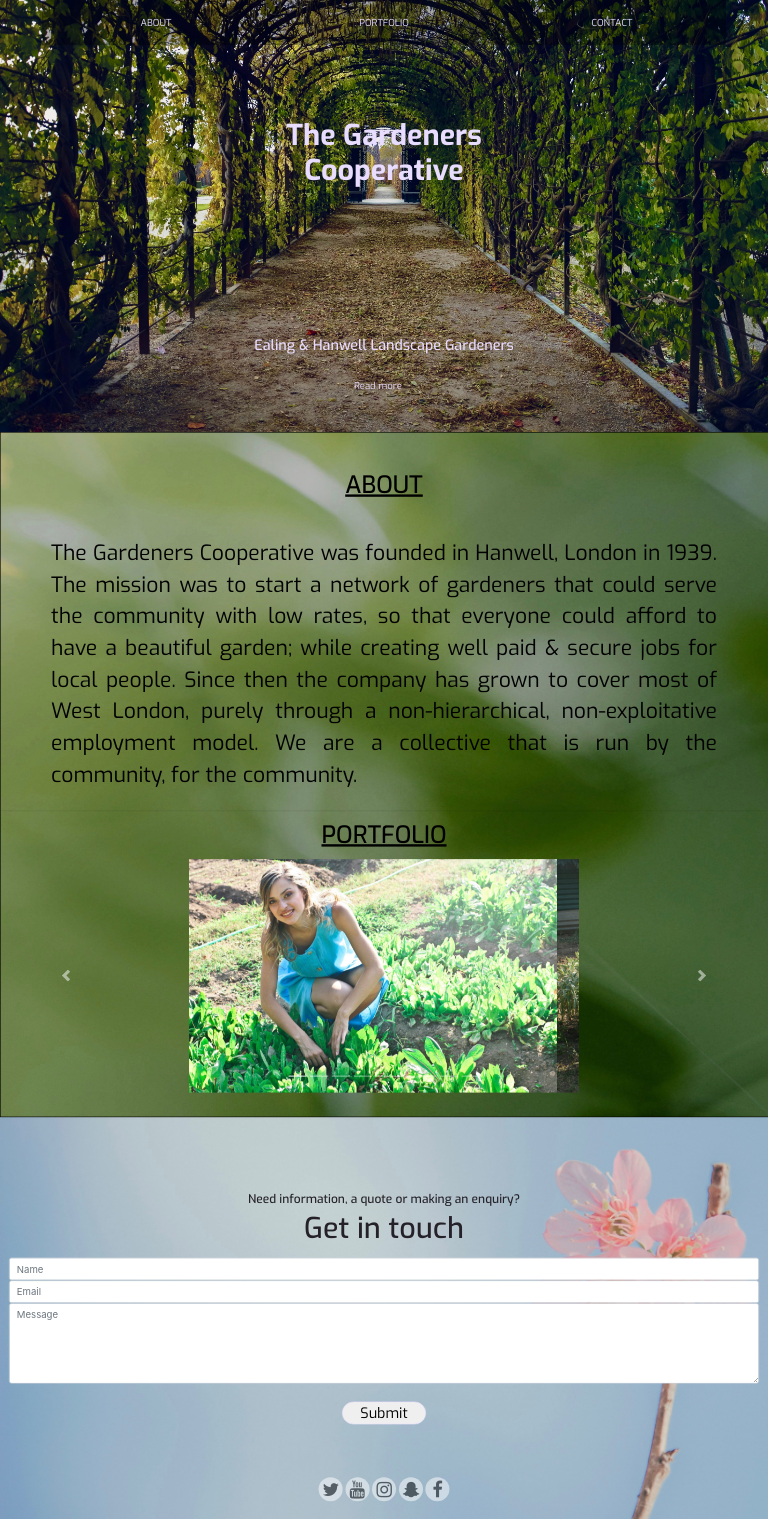
Repository: harrypars0ns/milestone-project
Page: index.html
The author's editor kept a record of every edit. The page is drawn from the files as they stood at one moment, then again after the next edit.
The browser window is 1280 px wide. The pictures show the whole page, at 60% of full size.
Backgrounds fixed to the window are drawn as part of the page.

Above is the page before.

### index.html
<!DOCTYPE html>
<html lang="en">

<head>
    <meta charset="UTF-8">
    <meta name="viewport" content="width=device-width, initial-scale=1.0">
    <meta http-equiv="X-UA-Compatible" content="ie=edge">
    <link rel="stylesheet" href="https://stackpath.bootstrapcdn.com/bootstrap/4.3.1/css/bootstrap.min.css" type="text/css" />
    <link rel="stylesheet" href="https://stackpath.bootstrapcdn.com/font-awesome/4.7.0/css/font-awesome.min.css" type="text/css" />
    <link rel="stylesheet" href="assets/css/style.css" type="text/css" />
    <title>Milestone</title>
</head>

<body>
    <!------------------------------------------------------NAV&LANDING>-->
    <div class="landing">
            <nav class='fixed-top container'>
                <div class="row">
                    <div class="col-4">
                        <a href="#about">ABOUT</a>
                    </div>
                    <div class="col-4">
                        <a href="#portfolio">PORTFOLIO</a>
                    </div>
                    <div class="col-4">
                        <a href="#contact">CONTACT</a>
                    </div>
                </div>
            </nav>


        <!-----------------------------------------TITLE---------------->



        <div id="landing" class="view">

            <div class="mask rgba-black-strong">

                <div class="container-fluid d-flex align-items-center justify-content-center h-100">

                    <div class="content row d-flex justify-content-center text-center">

                        <div class="col-md-10">

                            <h2 class="font-weight-bold pt-5 mb-2">The Gardeners Cooperative</h2>



                            <h4>Ealing & Hanwell Landscape Gardeners</h4>
                            <a class='no-underline' href="#about"><button type="button" class="btn btn-large btn-outline">Read more<i class="fas fa-book ml-2"></i></button></a>

                        </div>

                    </div>

                </div>

            </div>

        </div>
    </div>




    <!------------------------------------------------------------------ABOUT->-->



    <div class='about' id='about'>

        <div class="info text-center">
            <div class="">
                <h1>ABOUT</h1>
            </div>

            <div class="container">
                <div class="row">
                    <div class="col">
                        <p>The Gardeners Cooperative was founded in Hanwell, London in 1939. The mission was to start a network of gardeners that could serve the community with low rates, so that everyone could afford to have a beautiful garden; while creating
                            well paid & secure jobs for local people. Since then the company has grown to cover most of West London, purely through a non-hierarchical, non-exploitative employment model. We are a collective that is run by the community,
                            for the community.</p>
                    </div>

                </div>
            </div>

        </div>
        <hr>
        <!-------------------------------------------------------------------PORTFOLIO-->
        <div class="container-fluid portfolio" id='portfolio'>
            <div class="text-center">
                <h1>PORTFOLIO</h1>
            </div>
            <div class="portfolio">
                <div id="carouselExampleIndicators" class="carousel slide" data-ride="carousel">
                    <ol class="carousel-indicators">
                        <li data-target="#carouselExampleIndicators" data-slide-to="0" class="active"></li>
                        <li data-target="#carouselExampleIndicators" data-slide-to="1"></li>
                        <li data-target="#carouselExampleIndicators" data-slide-to="2"></li>
                        <li data-target="#carouselExampleIndicators" data-slide-to="3"></li>
                        <li data-target="#carouselExampleIndicators" data-slide-to="4"></li>
                        <li data-target="#carouselExampleIndicators" data-slide-to="5"></li>
                        <li data-target="#carouselExampleIndicators" data-slide-to="6"></li>
                        <li data-target="#carouselExampleIndicators" data-slide-to="7"></li>
                        <li data-target="#carouselExampleIndicators" data-slide-to="8"></li>

                    </ol>
                    <div class="carousel-inner">
                        <div class="carousel-item active">
                            <img class="d-block w-100 responsive" src="assets/images/lady.jpg" alt="First slide">
                        </div>
                        <div class="carousel-item">
                            <img class="d-block w-100 responsive" src="assets/images/lady2.jpg" alt="Second slide">
                        </div>
                        <div class="carousel-item">
                            <img class="d-block w-100 responsive" src="assets/images/flowers.jpg" alt="Third slide">
                        </div>
                        <div class="carousel-item">
                            <img class="d-block w-100 responsive" src="assets/images/lady4.jpg" alt="Fourth slide">
                        </div>
                        <div class="carousel-item">
                            <img class="d-block w-100 responsive" src="assets/images/bench.jpg" alt="Fifth slide">
                        </div>
                        <div class="carousel-item">
                            <img class="d-block w-100 responsive" src="assets/images/bloom.jpg" alt="Sixth slide">
                        </div>
                        <div class="carousel-item">
                            <img class="d-block w-100 responsive" src="assets/images/lady3.jpg" alt="Seventh slide">
                        </div>
                        <div class="carousel-item">
                            <img class="d-block w-100 responsive" src="assets/images/adult3.jpg" alt="Eighth slide">
                        </div>
                        <div class="carousel-item">
                            <img class="d-block w-100 responsive" src="assets/images/garden.jpg" alt="Nninth slide">
                        </div>
                    </div>
                    <a class="carousel-control-prev" href="#carouselExampleIndicators" role="button" data-slide="prev">
                        <span class="carousel-control-prev-icon" aria-hidden="true"></span>
                        <span class="sr-only">Previous</span>
                    </a>
                    <a class="carousel-control-next" href="#carouselExampleIndicators" role="button" data-slide="next">
                    <span class="carousel-control-next-icon" aria-hidden="true"></span>
                    <span class="sr-only">Next</span>
                    </a>
                </div>


            </div>


        </div>
    </div>

    <!-------------------------------------------------------------------CONTACT-->


    <div class='contact' id='contact'>

        <section class='container-fluid'>
            <div class="row form-page">
                <div class="col">
                    <div class="contact-info">
                        <h5 class='contact-heading question'>Need information, a quote or making an enquiry?</h4>
                            <h2 class='contact-heading'>Get in touch</h2>
                    </div>
                    <div class="form">
                        <form>
                            <input type="text" name="name" id "fullname" class='form-control' placeholder='Name' required/>
                            <input type="email" name="email" id "email" class='form-control' placeholder='Email' required/>
                            <textarea rows='5' name="message" id "message" class='form-control' placeholder='Message' required/></textarea>
                            <div class="submit">
                                <input id='submit' type="submit" value="Submit" />
                            </div>
                        </form>
                    </div>
                </div>
            </div>
        </section>


        <div class="footer" id='footer'>
            <div class="iconwrapper" <a href="#" class="fa fa-facebook">
                </a>
                <a href="#" class="fa inner fa-twitter"></a>
                <a href="#" class="fa inner fa-youtube"></a>
                <a href="#" class="fa inner fa-instagram"></a>
                <a href="#" class="fa inner fa-snapchat-ghost"></a>
                <a href="#" class="fa inner fa-facebook"></a>


            </div>

        </div>
    </div>








    <script src="https://code.jquery.com/jquery-3.3.1.slim.min.js" integrity="sha384-q8i/X+965DzO0rT7abK41JStQIAqVgRVzpbzo5smXKp4YfRvH+8abtTE1Pi6jizo" crossorigin="anonymous"></script>
    <script src="https://cdnjs.cloudflare.com/ajax/libs/popper.js/1.14.7/umd/popper.min.js" integrity="sha384-UO2eT0CpHqdSJQ6hJty5KVphtPhzWj9WO1clHTMGa3JDZwrnQq4sF86dIHNDz0W1" crossorigin="anonymous"></script>
    <script src="https://stackpath.bootstrapcdn.com/bootstrap/4.3.1/js/bootstrap.min.js" integrity="sha384-JjSmVgyd0p3pXB1rRibZUAYoIIy6OrQ6VrjIEaFf/nJGzIxFDsf4x0xIM+B07jRM" crossorigin="anonymous"></script>

</body>

</html>

### assets/css/style.css
@import url('https://fonts.googleapis.com/css?family=Roboto:100,100i,300,300i,400,400i,500,500i,700&display=swap');
@import url('https://fonts.googleapis.com/css?family=Exo:100,200,300,400,500,600,700&display=swap');



/*----------------------------------------- LANDING*/

.landing {
    background-image: url('../images/landing3.jpg');
    height: 100%;
    background-attachment: fixed;
    background-position: bottom;
    background-repeat: no-repeat;
    background-size: cover;
    border: 0px;
    z-index: 1;
    padding-bottom: 10%;
}


body {
    padding: 0;
    background: black;
}

html,
body,
header,
#intro {
    height: 100%;
    width: 100%;
    color: #e8dcff;


}



#intro {

    -webkit-background-size: cover;
    -moz-background-size: cover;
    -o-background-size: cover;
    background-size: cover;
    text-align: center;


}


.content {
    margin-top: 12%;
    font-family: 'Exo', sans-serif;


}

h2 {
    font-size: 3em;
}

h4 {
    padding-top: 50%;
}




.btn-outline {
    color: #e8dcff;
    margin-top: 5%;
}

.btn-outline:hover {
    color: rgba(112, 241, 146, 0.9);
}

/*section {*/

/*    text-align: center;*/

/*}*/

/*-------------------------------------------------------NAV*/


nav {
    color: #e8dcff;
    text-align: center;
    font-family: 'Exo', sans-serif;
    padding: 2%;
    margin: 0;
    background: rgba(0, 0, 0, 0.3);
    background-clip: padding-box;
    /*width: 100%;*/


}

nav a {
    color: #e8dcff;
    text-decoration: none;

}



nav a:hover {
    color: #e8dcff;
    right: 0;
    text-decoration: none;
}

nav a:hover:after {
    border-color: #e8dcff;
    right: 0;
}

nav a:after {
    border-radius: 1em;
    border-top: .1em solid #e8dcff;
    content: "";
    position: absolute;
    right: 100%;
    bottom: .14em;
    left: 0;
    transition: right .4s cubic-bezier(0, .5, 0, 1),
    border-color .4s ease-out;
}

nav a:hover:after {
    right: 0;
}





.no-padding {
    padding: 0 !important;
}




/*----------------------------------------- ABOUT*/

.about {

    background-image: url('../images/about.jpg');

    /*background-position: center;*/
    background-repeat: no-repeat;

    background-size: cover;

    border: 0.1px solid rgba(0, 0, 0, 0);

}




.info {


    font-family: "Exo", sans-serif;

    color: #000000;

    margin-top: 15%;

}

.info h1 {


    text-decoration: underline;

}

.info p {

    font-size: 1em;

    padding-top: 5%;

    text-align: justify;


}

/*----------------------------------------- portfolio*/

.portfolio {
    font-family: "Exo", sans-serif;

    color: #000000;



    margin-top: 1em;

    text-decoration: underline;
}



.carousel {
    margin-bottom: 40px;

}



/*----------------------------------------- CONTACT*/

.contact {

    background-image: url('../images/pink.jpg');
    background-attachment: fixed;
    background-repeat: no-repeat;
    background-size: cover;

}

.contact-info {
    font-family: "Exo", sans-serif;
    text-align: center;
    /*color: #e8dcff;*/
    color: #252129;


    margin-top: 3em;
    margin-bottom: 20px;

}

/*.contact-info h4 {*/
/*    text-decoration: uppercase;*/

/*}*/

.form {
    margin-bottom: 7%;


}

#submit {
    font-family: 'Exo', sans-serif;
    font-size: 150%;
    border: 1px solid #e8dcff;
    border-radius: 50px 50px;
    padding: 0px 30px;
}

.submit {
    text-align: center;
    padding-top: 30px;


}

/*-----------------------------------------ICONS/FOOTER*/

.footer {
    text-align: center;
    padding-bottom: 30px;
    /*padding-bottom: -10px;*/
}

.iconwrappper {}

.icon {
    display: inline-block;
    text-align: center;


}



.fa {
    padding-top: 5px;
    font-size: 30px;
    height: 40px;
    width: 40px;
    text-align: center;
    text-decoration: none;
    border-radius: 50%;
    background: #fff;
    color: white;
    opacity: 0.5;
}

.fa:hover {
    opacity: 0.9;
    text-decoration: none;
    color: #000;
}

.inner {
    padding-left: 1px;
    color: #000;
}

.fa-youtube {
    padding-right: 1px;

}

/*--------------------------------------------MEDIA Queries */

@media (min-height: 750px) {
    h4 {
        margin-top: 70%;
    }
}

@media (max-height: 500px) {
    .btn {
        margin-top: 0px;
    }
    h4 {
        margin-top: 0%;
        padding-top: 0%;
    }
}

@media (max-width: 1000px) {
   .info p {
        font-size: 24px;
    }
}

@media (min-width: 600px) {
    h4 {
        padding-top: 0px;
    }
    .info {
        margin-top: 5%;
    }
}

@media (min-width: 1000px) {

    h4 {
        margin-top: 50%;
    }



    .info {

        font-size: 2.2em;

    }

    .portfolio h2 {
        padding-top: 50px;
    }

    .carousel {
        padding: 0px 300px;
    }

    .contact-info {
        margin-top: 10%;
    }

}

@media (min-width: 1300px) {
    .form {
        padding-right: 250px;
        padding-left: 250px
    }
}

After the next edit:
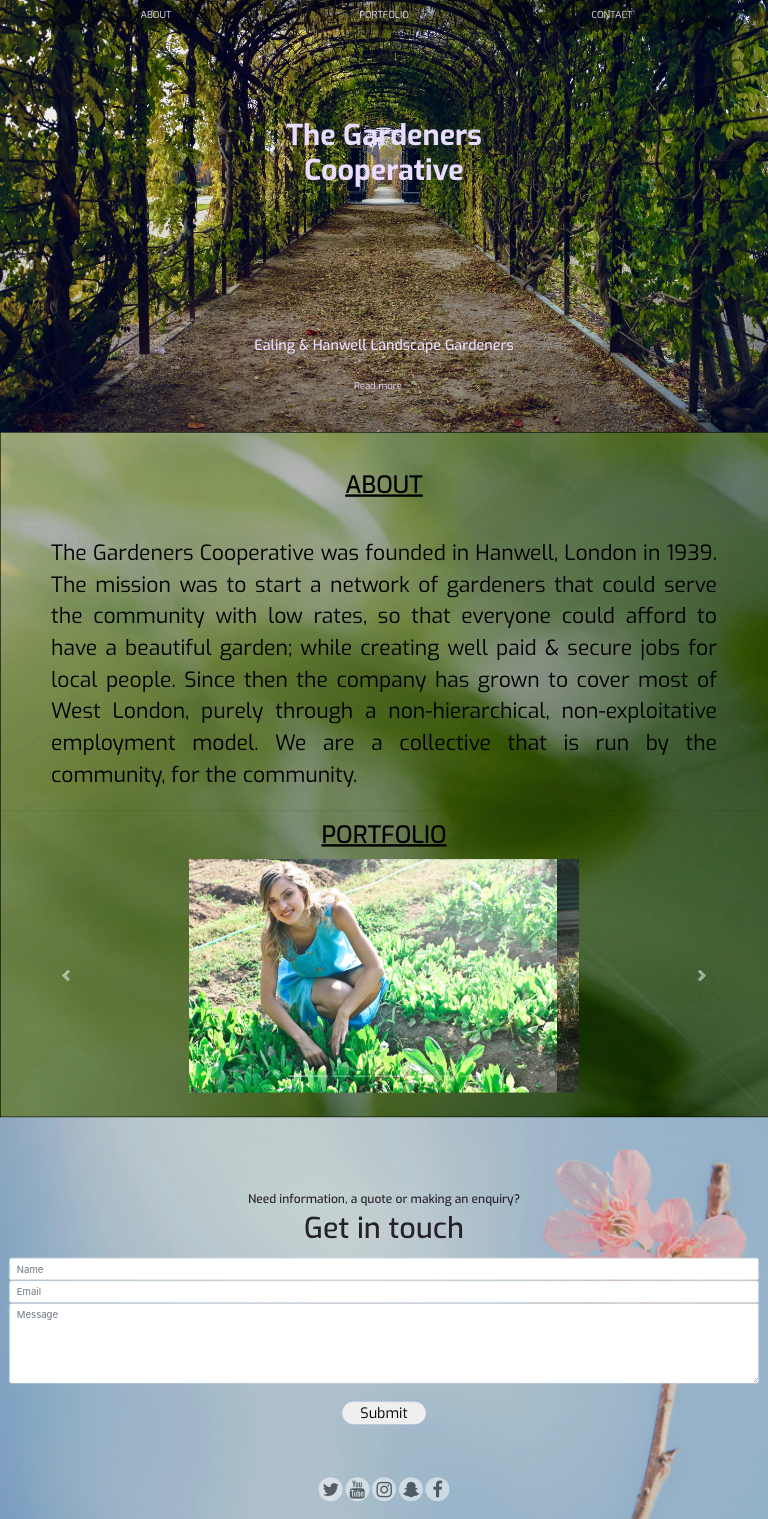
The edit:
--- a/assets/css/style.css
+++ b/assets/css/style.css
@@ -88,8 +88,7 @@
     color: #e8dcff;
     text-align: center;
     font-family: 'Exo', sans-serif;
-    padding: 2%;
-    margin: 0;
+    padding: 1%;
     background: rgba(0, 0, 0, 0.3);
     background-clip: padding-box;
     /*width: 100%;*/
